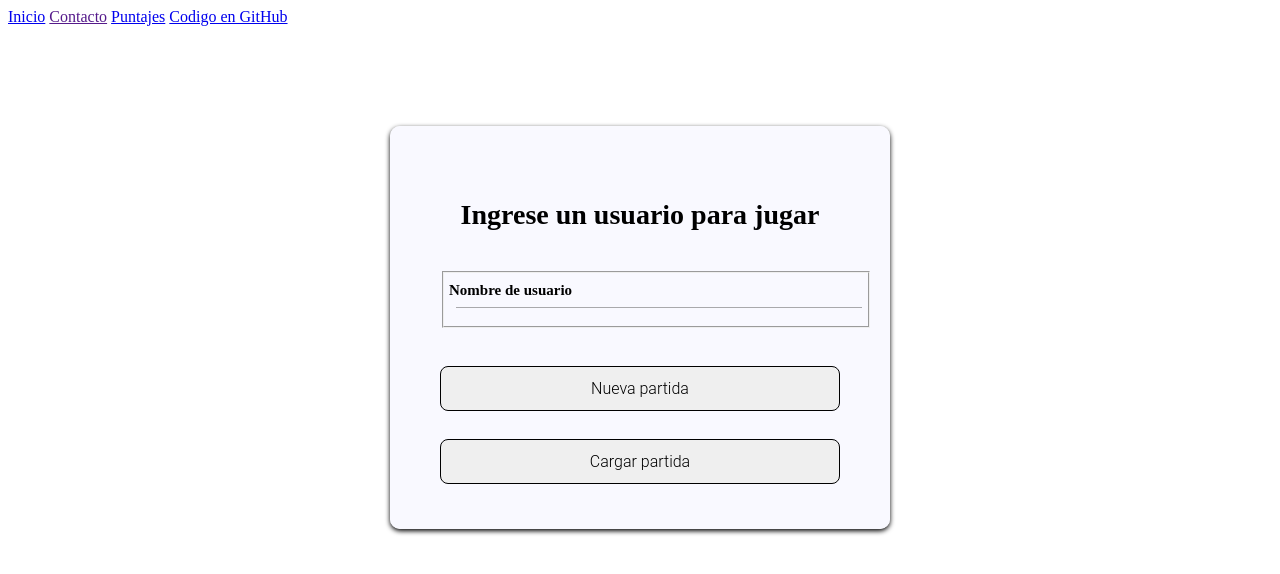
Repository: FacundoKinderknecht/FacundoKinderknecht_Wordle_Game_LPPA
Page: index.html
These files come from the project's save history. The page is drawn as it stood at one moment and after the next save; the edit follows.
The browser window is 1280 px wide. The pictures show the whole page.

Above is the page before, as saved 2023-08-08 09:27:19.

### index.html
<!DOCTYPE html>
<html lang="en">
    <head>
        <meta charset="UTF-8">
        <meta http-equiv="X-UA-Compatible" content="IE=edge">
        <meta name="viewport" content="width=device-width, initial-scale=1.0">

        <link rel ="stylesheet" href="">
        <link rel="stylesheet" href="">
        <link rel="stylesheet" href="../css/index.css">

        <script src="../js/index.js"></script>

        <title>Final LPPA Facundo Kinderknecht</title>
    </head>
    <body>
        <header>
            <nav class="navbar">
                <a href="../index.html">Inicio</a>
                <a href="">Contacto</a>
                <a href="../html/puntajes.html">Puntajes</a>
                <a href="https://github.com/FacundoKinderknecht/FacundoKinderknecht_Wordle_Game_LPPA" target="_blank">Codigo en GitHub</a>
            </nav>
        </header>

        <div class="form-container">
            <form class="form-user">
                <h2 class="form-title">Ingrese un usuario para jugar</h2>
                <fieldset class="form-login">
                    <input class="form-txt" id="txt-user" placeholder="">
                    <label class="form-lbl" id="lbl-user" for="txt-user">Nombre de usuario</label>
                </fieldset>
                <input type="button" class="form-button" value="Nueva partida" id="btn-new">
                <input type="button" class="form-button" value="Cargar partida" id="btn-load">
                <label class="form-txt-error hidden" id="lblErrorEmpty">Debe ingresar un usuario</label>
                <label class="form-txt-error hidden" id="error-new">Ese usuario ya tiene partida</label>
                <label class="form-txt-error hidden" id="error-load">No hay partida para ese usuario</label>
            </form>
        </div>
    </body>
</html>

### css/index.css
form{
    background-color: rgba(248, 248, 255, 0.874);
    margin: 100px auto;
    width: 90%;
    max-width: 400px;
    padding: 50px;
    padding-bottom: 25px;
    border-radius: 10px;
    box-shadow: 0px 2px 5px;
    text-align: center;
}

.form-title{
    font-size: 28px;
    margin-bottom: 40px;
    font-weight: 700;
}

.form-container{
    margin-top: 50px;
    display:flex;
    margin: auto;
}

.form-login{
    width: 100%;
    position: relative;
    margin-bottom: 30px;
}

.form-txt{
    width: 100%;
    background: none;
    margin-bottom: 8px;
    color: rgb(27, 27, 27);
    font-size: 16px;
    padding: 5px 3px;
    border:none;
    outline:none;
    border-bottom: 1px solid rgb(87, 87, 87, 0.49);
}

.form-txt:focus + .form-lbl, .form-txt:not(:placeholder-shown) + .form-lbl{
    transform: translateY(-13px) scale(0.9);
    transform-origin: left top;
}

.form-lbl{
    position:absolute;
    font-size: 15px;
    top:0;
    left:5px;
    font-weight: bold;
    transform: translateY(9px);
    transform-origin: left bottom;
    transition: transform .5s;
}

.form-txt-error{
    width: 100%;
    color:rgb(255, 0, 0);
    text-align: center;
}

.form-button{
    width: 100%;
    font-family: 'Roboto', sans-serif;
    font-weight: 300;
    font-size: 16px;
    padding: 12px 0px;
    border: 1px solid;
    border-radius: 8px;
    cursor: pointer;
    transition: background-color .3s;
    margin-top: 8px;
    margin-bottom: 20px;
}

.hidden{
    display: none;
}

### js/index.js
function getElements() {
    user = document.getElementById("txt-user")
    btnNew = document.getElementById("btn-new")
    btnLoad = document.getElementById("btn-load")
    lblErrorNew = document.getElementById("error-new")
    lblErrorLoad = document.getElementById("error-load")
}

window.onload = () => {
    getElements()
    hideLabels()


    //cuando presiono el boton nuevo juego chequeo las partidas guardas y logueo el usuario
    btnNew.onclick = (e) => {
        hideLabels()
        let currentUser = user.value
        if (currentUser) {
            if (localStorage.getItem(`saveGame${currentUser}`) === null) {
                sessionStorage.setItem("user", user.value)
                sessionStorage.setItem("isNew", true)
                location.href = '/html/wordle.html'
            } else {
                lblErrorNew.classList.toggle("hidden", false)
            }
        } else {
            lblErrorEmpty.classList.toggle("hidden", false)
        }
    }

    //cuando presiono el boton cargar partida chequeo las partidas guardas cargo una y logueo el usuario
    btnLoad.onclick = (e) => {
        hideLabels()
        let currentUser = user.value
        if (currentUser) {
            if ((`saveGame${currentUser}` in localStorage)) {
                sessionStorage.setItem("user", user.value)
                sessionStorage.setItem("isNew", "false")
                location.href = '/html/wordle.html'
            } else {
                lblErrorLoad.classList.toggle("hidden", false)
            }
        } else {
            lblErrorEmpty.classList.toggle("hidden", false)
        }
    }


    function hideLabels() {
        user.onfocus = () => {
            lblErrorEmpty.classList.toggle("hidden", true)
        }
    }
}

### css/reset.css
/* http://meyerweb.com/eric/tools/css/reset/
   v2.0 | 20110126
   License: none (public domain)
*/

html, body, div, span, applet, object, iframe,
h1, h2, h3, h4, h5, h6, p, blockquote, pre,
a, abbr, acronym, address, big, cite, code,
del, dfn, em, img, ins, kbd, q, s, samp,
small, strike, strong, sub, sup, tt, var,
b, u, i, center,
dl, dt, dd, ol, ul, li,
fieldset, form, label, legend,
table, caption, tbody, tfoot, thead, tr, th, td,
article, aside, canvas, details, embed,
figure, figcaption, footer, header, hgroup,
menu, nav, output, ruby, section, summary,
time, mark, audio, video {
	margin: 0;
	padding: 0;
	border: 0;
	font-size: 100%;
	font: inherit;
	vertical-align: baseline;
}

### css/styles.css
body{
    font-family: Arial, Helvetica, sans-serif;
    background-color: rgba(0, 0, 0, 0.827);
    display:flex;
    align-items: center;
    flex-direction: column;
}

header{
    width: 100%;
    height: 100px;
    margin-bottom: 15px;
    display: flex;
    justify-content: justify-content;
    align-items: center;
    background-color: rgba(248, 248, 255, 0.874);
    border-bottom: 2px solid rgb(87, 87, 87, 0.49);
}

header nav{
    display:flexbox;
    justify-content: justify-content;
    align-items:center;
    text-align: center;
    width: 100%;
}

header nav a{
    text-decoration: none;
    align-items:center;
    font-weight: bold;
    font-size: 22px;
    color: black;
    margin: 5%;
}

.hidden {
    display:none;
}

After the next save:
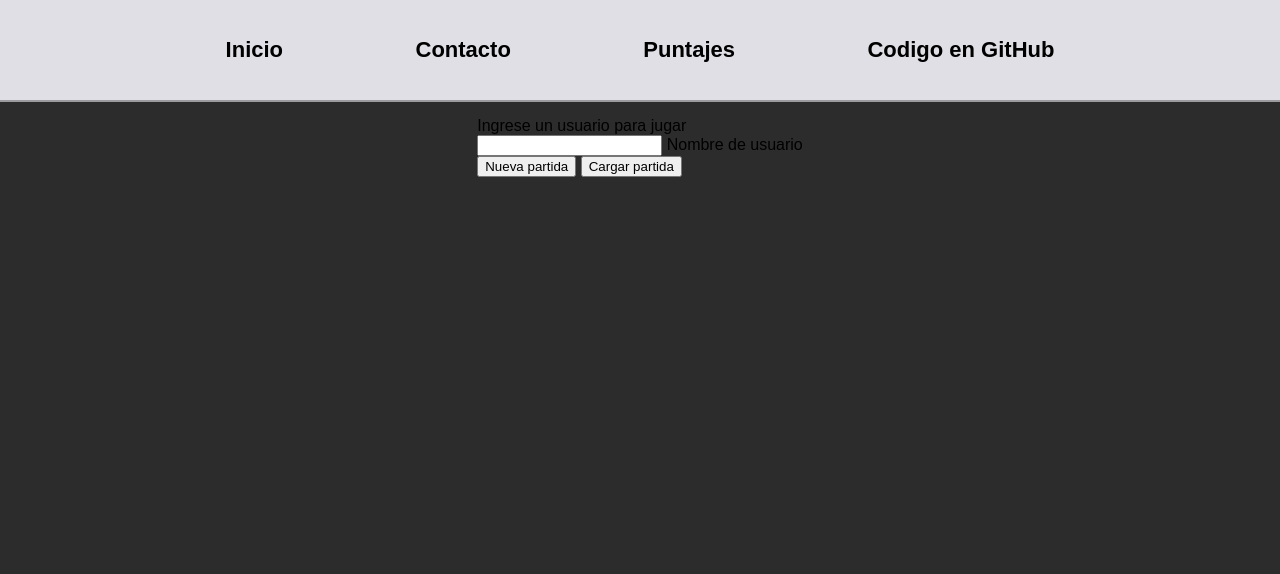
Saved 11 s later.
--- a/index.html
+++ b/index.html
@@ -5,9 +5,9 @@
         <meta http-equiv="X-UA-Compatible" content="IE=edge">
         <meta name="viewport" content="width=device-width, initial-scale=1.0">
 
-        <link rel ="stylesheet" href="">
+        <link rel ="stylesheet" href="..css/reset.css">
+        <link rel="stylesheet" href="../css/styles.css">
         <link rel="stylesheet" href="">
-        <link rel="stylesheet" href="../css/index.css">
 
         <script src="../js/index.js"></script>
 
